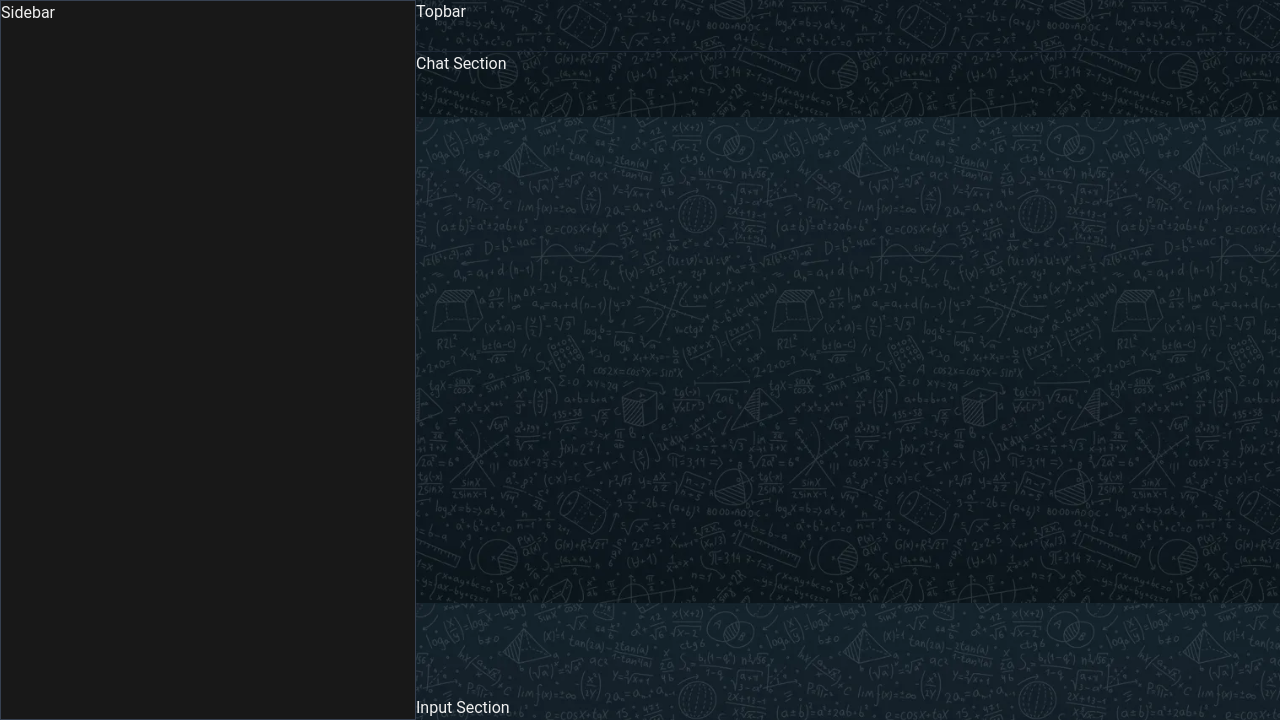
Repository: Qu4ntumGuy/telegram-clone
Page: /
These files come from the project's save history. The page is drawn as it stood at one moment and after the next save; the edit follows.
The browser window is 1280 px wide. The pictures show the whole page.
The project was rebuilt for these pictures with package versions that can differ from the ones it lists, and the page was loaded fresh each time. Also part of the build but not shown: src/Utils/ContextProvider.js.

Above is the page before, as saved 2024-07-15 11:32:48.

After the next save:
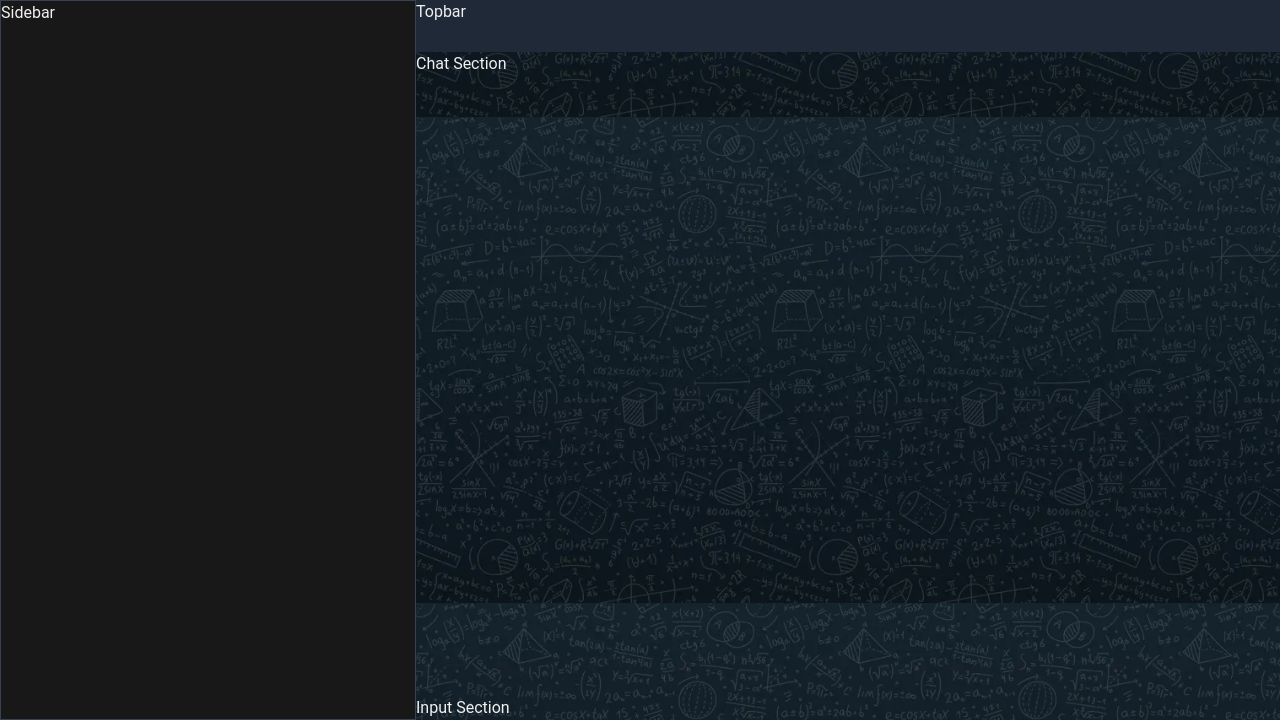
Saved 82 s later.
--- a/src/Pages/Home/Home.js
+++ b/src/Pages/Home/Home.js
@@ -17,7 +17,9 @@ function Home() {
       className="flex flex-col justify-center bg-contain bg-center h-screen bg-slate-200 w-full "
       style={{ backgroundImage: `url(${backgroundImage})` }}
     >
-      <div className="top-0 mb-auto h-14 border-b border-gray-800">Topbar</div>
+      <div className="top-0 mb-auto h-14 border-b border-gray-800 bg-gray-800">
+        Topbar
+      </div>
       <div className="flex flex-col h-full">
         <div className="top-0">Chat Section</div>
         <div className="bottom-0 mt-auto">Input Section</div>
